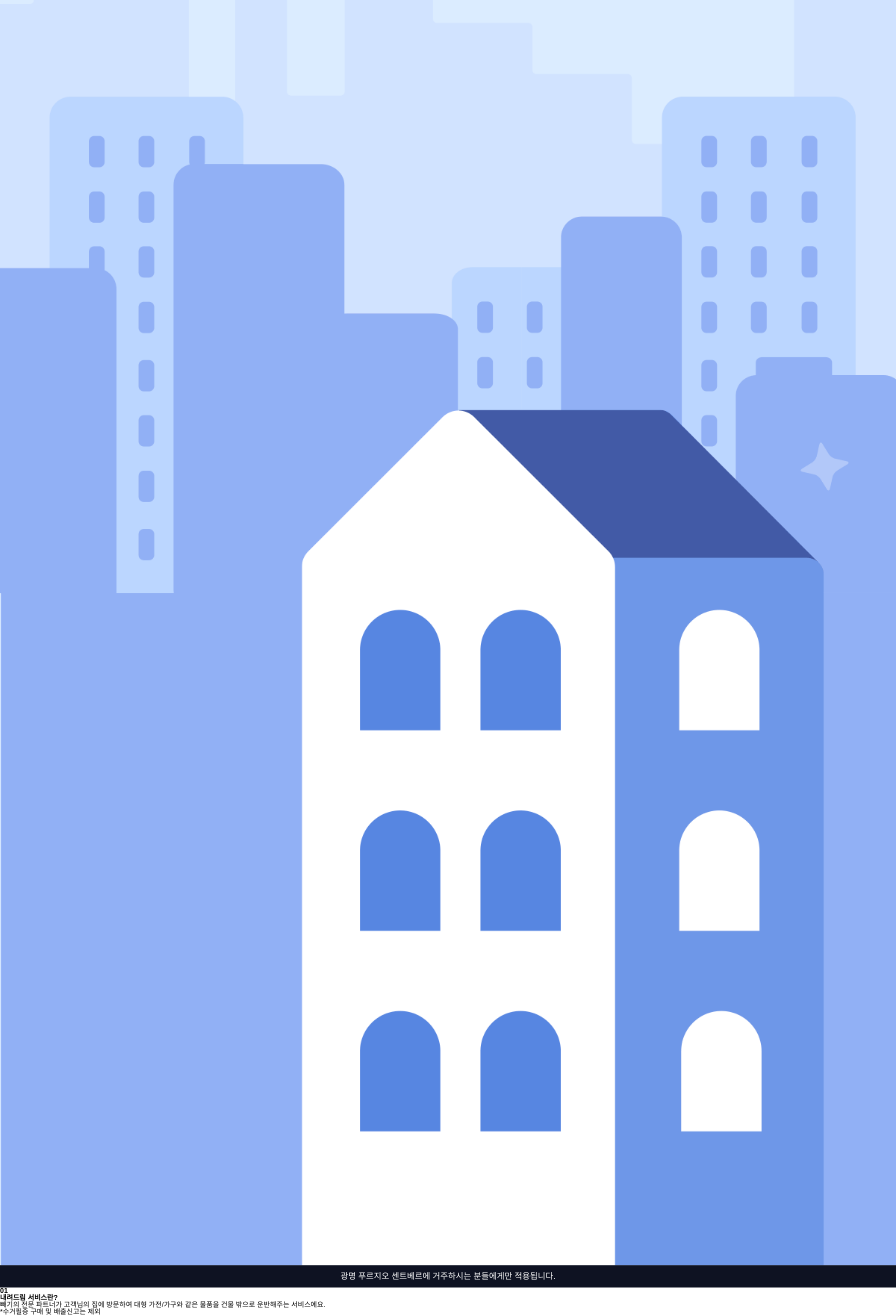
Repository: seraLeeDev/lgthinq-test
Page: index2.html
An editor plug-in stored every save of this project. The page is shown before and after the next save, followed by the edit.
The browser window is 1280 px wide. The pictures show the part of the page from y = 1635 to 3555 px (the page is 3515 px tall before and 3555 px after), at 70% of full size.
Some web fonts or font styles are not loaded; a fallback is used.

Above is the page before, as saved 2023-03-14 10:58:42.
Console error: ReferenceError: AOS is not defined

After the next save:
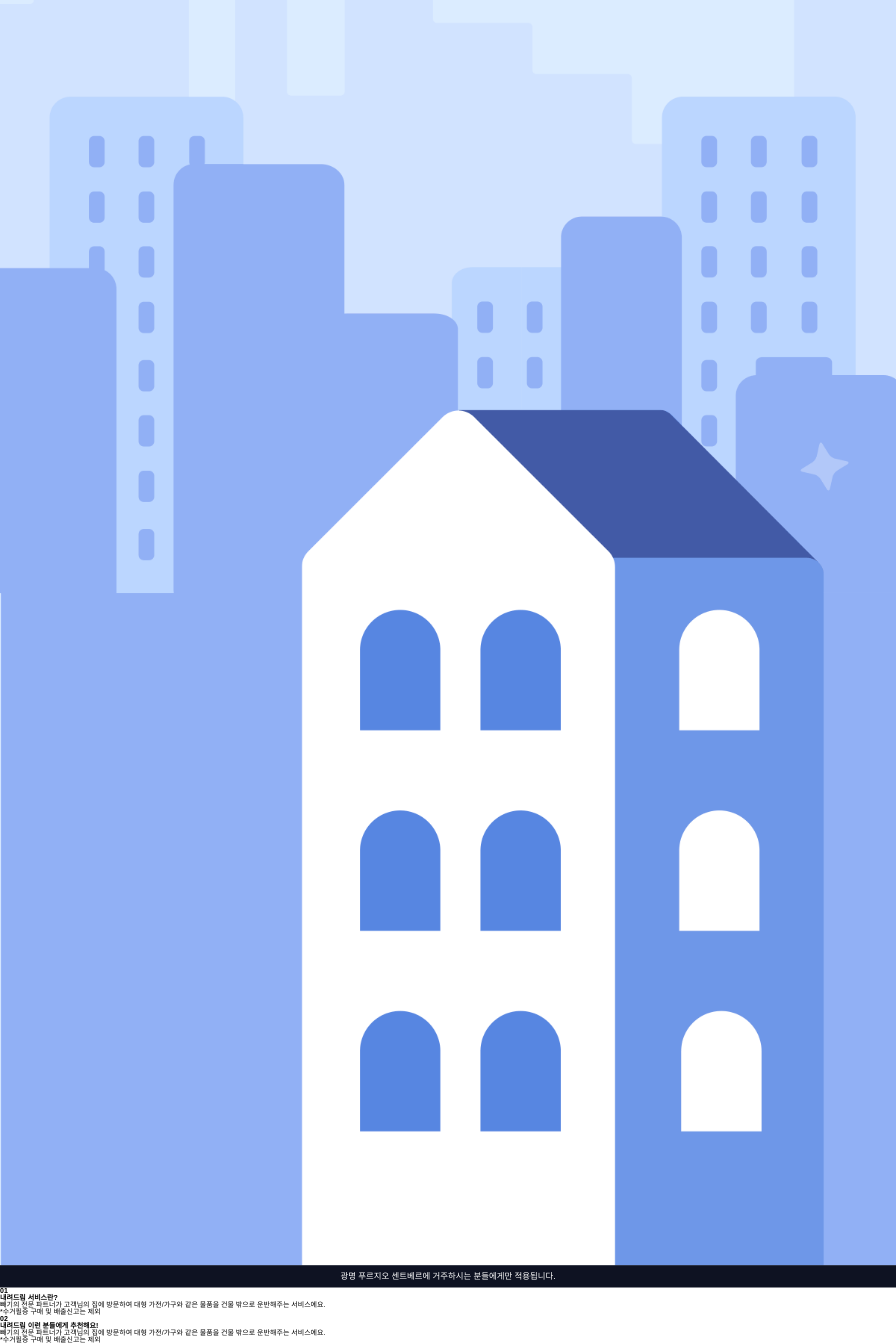
Saved 110 s later.
--- a/index2.html
+++ b/index2.html
@@ -112,7 +112,16 @@
           <div></div>
         </section>
         <!-- 03-2. 내려드림 추천 -->
-        <section></section>
+        <section>
+          <b>02</b>
+          <h2>내려드림 이런 분들에게 추천해요!</h2>
+          <p>
+            빼기의 전문 파트너가 고객님의 집에 방문하여 대형 가전/가구와 같은
+            물품을 건물 밖으로 운반해주는 서비스에요.
+          </p>
+          <small>*수거필증 구매 및 배출신고는 제외</small>
+          <div></div>
+        </section>
       </article>
       <!-- 04 : 자주묻는 질문-->
       <article></article>
